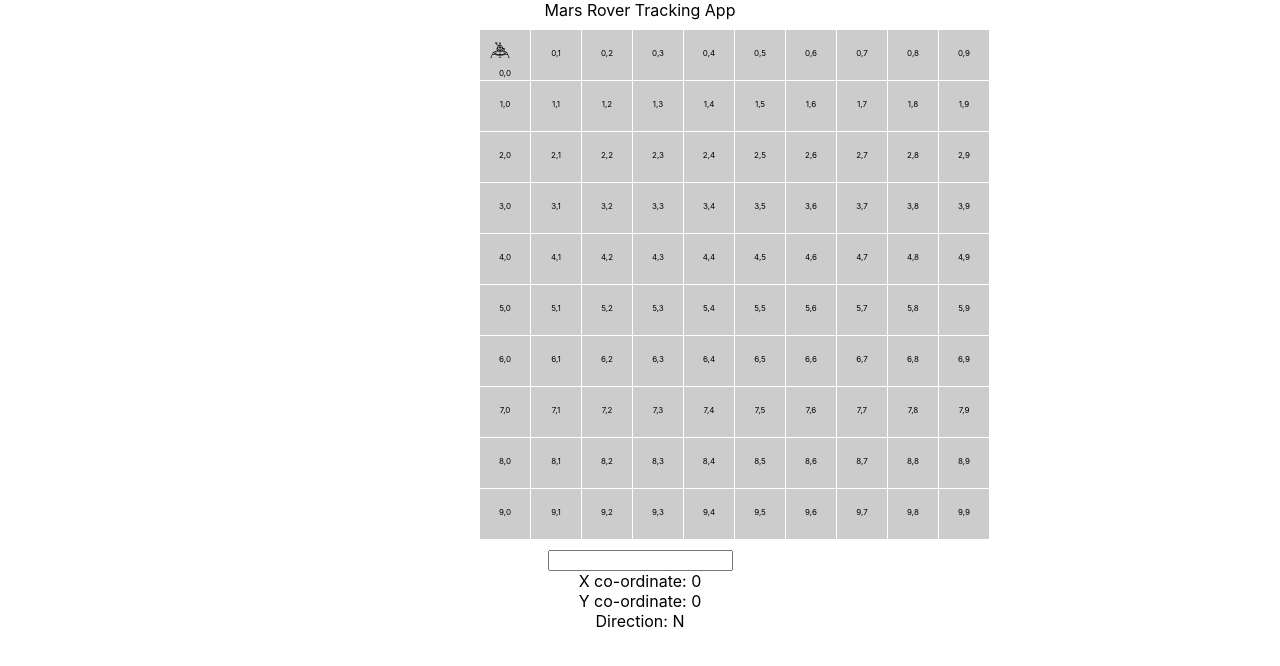
Repository: madhurisandbhor/Rover-Tracking-App
Page: /
An editor plug-in stored every save of this project. The page is shown before and after the next save, followed by the edit.
The browser window is 1280 px wide. The pictures show the whole page.
The project was rebuilt for these pictures with package versions that can differ from the ones it lists, and the page was loaded fresh each time.

Above is the page before, as saved 2021-09-06 19:09:02.

### src/App.js
import './App.css';
import Grid from './Grid'

function App() {
  return (
    <div className="App">
      <div>Mars Rover Tracking App</div>
      <Grid />
    </div>
  );
}

export default App;

### src/Grid.jsx
import React, { useState, useEffect } from 'react'
import { maxY, maxX, x, y, d } from './constants'
import testGrid from './testGrid'
import roverIcon from './svg/rover-icon.svg'

const wrapper = {
  width: '50%',
  margin: '10px auto',
}

const grid= {
    width: '50%',
    margin: '10px auto',
    display: 'grid',
    gridTemplateColumns: `repeat(${maxY + 1}, 50px)`,
    gridTemplateRows: `repeat(${maxX + 1}, 50px)`,
    gridGap: '1px',
  }

const itemStyle = {
  padding: '10px',
  backgroundColor: '#ccc',
}

const itemSpan = {
  fontSize: '8px',
}

const roverImg = {
  width: '20px',
  height: '20px',
  alignText: 'center',
}

const Grid = () => {
  const gridLength = (maxX + 1) * (maxY + 1)
  const totalItems = Array(gridLength).fill()
  const [input, setInput] = useState('')
  const [roverXPosition, setRoverXPosition] = useState(x)
  const [roverYPosition, setRoverYPosition] = useState(y)
  const [roverDirection, setRoverDirection] = useState(d)
  const [transformProp, setTransformProp] = useState()

  useEffect(() => {
    const result = testGrid(input)
    setRoverXPosition(result[0]) // X-position
    setRoverYPosition(result[1]) // y-position
    setRoverDirection(result[2]) // direction

    if (roverDirection === 'N') setTransformProp('rotate(0deg)')
    else if (roverDirection === 'E') setTransformProp('rotate(90deg)')
    else if (roverDirection === 'S') setTransformProp('rotate(180deg)')
    else if (roverDirection === 'W') setTransformProp('rotate(-90deg)')
  }, [input, roverDirection])

  return (
    <div style={wrapper}>
      <div style={grid}>
        {totalItems.map((item, index) => (
          <div key={index} style={itemStyle}>
            {roverXPosition * 10 + roverYPosition === index && (
              <div style={roverImg}>
                <img
                  style={{ width: '100%', transform: transformProp }}
                  src={roverIcon}
                  alt="rover"
                />
              </div>
            )}
            <span style={itemSpan}>
              {Math.floor(index / 10)},{index % 10}
            </span>
          </div>
        ))}
      </div>
      <input
        name="inputString"
        value={input}
        onChange={(event) => setInput(event.target.value)}
      />
      <div>
        <div>X co-ordinate: {roverXPosition}</div>
        <div>Y co-ordinate: {roverYPosition}</div>
        <div> Direction: {roverDirection}</div>
      </div>
    </div>
  )
}

export default Grid

### src/constants.js
export const x = 0, y = 0, maxX = 9, maxY = 9;
export const d = 'N';
export const directionsToRight = ['N', 'E', 'S', 'W']
export const directionsToLeft = ['N', 'W', 'S', 'E']

### src/testGrid.js
import {
  x,
  y,
  d,
  directionsToRight,
  directionsToLeft,
  maxX,
  maxY,
} from './constants'

const testGrid = (testString) => {
  const roverPosition = [x, y, d]
  const testArr = testString.split('')

  for (let i = 0; i < testArr.length; i++) {
    if (testArr[i] === 'r') {
      let currDirIndex = directionsToRight.findIndex(
        (item) => item === roverPosition[2]
      )
      if (currDirIndex > -1 && currDirIndex < 3)
        roverPosition[2] = directionsToRight[currDirIndex + 1]
      else roverPosition[2] = directionsToRight[0]
    } else if (testArr[i] === 'l') {
      let currDirIndex = directionsToLeft.findIndex(
        (item) => item === roverPosition[2]
      )
      if (currDirIndex > -1 && currDirIndex < 3)
        roverPosition[2] = directionsToLeft[currDirIndex + 1]
      else roverPosition[2] = directionsToLeft[0]
    } else if (testArr[i] === 'f') {
      if (roverPosition[2] === 'E') {
        if (roverPosition[1] < maxY) roverPosition[1]++
        else roverPosition[1] = 0
      } else if (roverPosition[2] === 'S') {
        if (roverPosition[0] < maxX) roverPosition[0]++
        else roverPosition[0] = 0
      } else if (roverPosition[2] === 'N') {
        if (roverPosition[0] <= 0) roverPosition[0] = maxX
        else roverPosition[0]--
      } else if (roverPosition[2] === 'W') {
        if (roverPosition[1] <= 0) roverPosition[1] = maxY
        else roverPosition[1]--
      }
    }
  }

  return roverPosition
}

export default testGrid

Loaded but not shown: public/index.html (common file); src/index.js (common file); src/index.css (common file); src/App.css (common file)

After the next save:
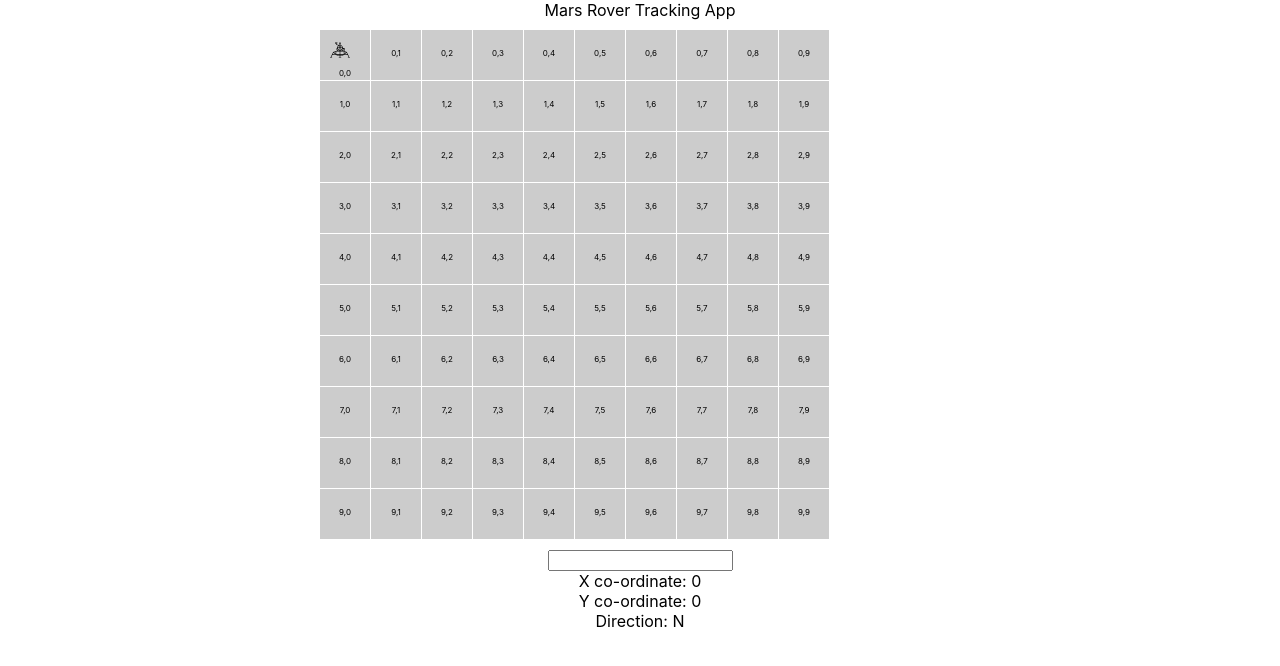
Saved 4 s later.
--- a/src/Grid.jsx
+++ b/src/Grid.jsx
@@ -9,7 +9,6 @@ const wrapper = {
 }
 
 const grid= {
-    width: '50%',
     margin: '10px auto',
     display: 'grid',
     gridTemplateColumns: `repeat(${maxY + 1}, 50px)`,
